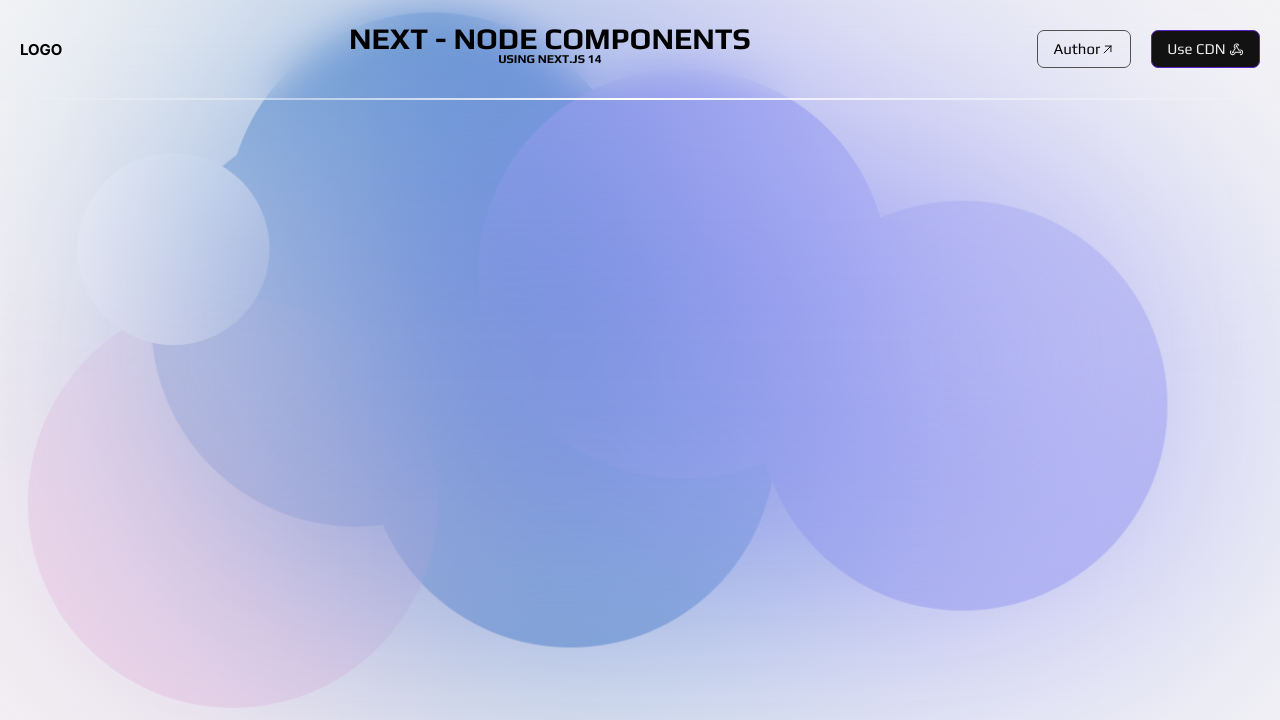
Repository: keval-gohil/komponents
Page: /
An editor plug-in stored every save of this project. The page is shown before and after the next save, followed by the edit.
The browser window is 1280 px wide. The pictures show the whole page.
Some web fonts or font styles are not loaded; a fallback is used. The project was rebuilt for these pictures with package versions that can differ from the ones it lists, and the page was loaded fresh each time. The framework's server and built-in components were replaced by stand-ins that run in the browser. Also part of the build but not shown: next.config.mjs.

Above is the page before, as saved 2024-03-07 13:08:24.

### app/layout.js
import { Inter } from "next/font/google";
import "./globals.css";

const inter = Inter({ subsets: ["latin"] });

export const metadata = {
  title: "Komponents | Next-Node",
  description: "Generated by create next app",
};

export default function RootLayout({ children }) {
  return (
    <html lang="en" suppressHydrationWarning={true}>
      <body className={inter.className}>{children}</body>
    </html>
  );
}

### app/page.js
import Background from '@/components/reuse/background'
import Header from '@/components/reuse/header'
import React from 'react'

const page = () => {
  return (
    <>
      <Background />
      <Header />
    </>
  )
}

export default page

### app/globals.css

*,
*:before,
*:after {
	padding: 0;
	margin: 0;
	box-sizing: border-box;
	-webkit-tap-highlight-color: transparent;
}

html {
	scroll-behavior: smooth;
	font-size: 10px;
}

body {
	width: 100%;
	height: 100%;
	overflow-x: hidden;
	background-color: whitesmoke;
}

.bouncing-blob {
	width: 32vw;
	aspect-ratio: 1;
	border-radius: 50%;
	will-change: transform;
	position: absolute;
	z-index: 1;
	top: 0;
	left: 0;
	transform-origin: left top;
  }

  .bouncing-blob--blue {
	background: #4783c7;
  }

  .bouncing-blob--white {
	background: #ffffff;
	z-index: 2;
	width: 15vw;
  }

  .bouncing-blob--purple {
	background: #8c8ff1;
  }

  .bouncing-blob--pink {
	background: #e289cd50;
  }

  .bouncing-blobs-container {
	position: fixed;
	z-index: -1;
	top: 0;
	left: 0;
	width: 100%;
	height: 100%;
  }

  .bouncing-blobs-glass {
	position: absolute;
	z-index: 2;
	top: 0;
	left: 0;
	width: 100%;
	height: 100%;
	backdrop-filter: blur(140px);
	-webkit-backdrop-filter: blur(140px);
	pointer-events: none;
  }

  .bouncing-blobs {
	position: absolute;
	z-index: 1;
	top: 0;
	left: 0;
	width: 100%;
	height: 100%;
  }

  .main-content {
	display: flex;
	flex-direction: column;
	justify-content: center;
	align-items: center;
	width: 100%;
  }




  @media (max-width: 1200px) {
	.bouncing-blobs-glass {
	  backdrop-filter: blur(120px);
	  -webkit-backdrop-filter: blur(120px);
	}
  }

  @media (max-width: 500px) {
	.bouncing-blob {
	  width: 60vw;
	}
	.bouncing-blob--white {
	  width: 30vw;
	}
	.bouncing-blobs-glass {
	  backdrop-filter: blur(90px);
	  -webkit-backdrop-filter: blur(90px);
	}

  }

### components/reuse/background.js
'use client'
import React, { useEffect } from 'react';

const MIN_SPEED = 1.5;
const MAX_SPEED = 2.5;

function randomNumber(min, max) {
  return Math.random() * (max - min) + min;
}

class Blob {
  constructor(el) {
    this.el = el;
    const boundingRect = this.el.getBoundingClientRect();
    this.size = boundingRect.width;
    this.initialX = randomNumber(0, window.innerWidth - this.size);
    this.initialY = randomNumber(0, window.innerHeight - this.size);
    this.el.style.top = `${this.initialY}px`;
    this.el.style.left = `${this.initialX}px`;
    this.vx =
      randomNumber(MIN_SPEED, MAX_SPEED) * (Math.random() > 0.5 ? 1 : -1);
    this.vy =
      randomNumber(MIN_SPEED, MAX_SPEED) * (Math.random() > 0.5 ? 1 : -1);
    this.x = this.initialX;
    this.y = this.initialY;
  }

  update() {
    this.x += this.vx;
    this.y += this.vy;
    if (this.x >= window.innerWidth - this.size) {
      this.x = window.innerWidth - this.size;
      this.vx *= -1;
    }
    if (this.y >= window.innerHeight - this.size) {
      this.y = window.innerHeight - this.size;
      this.vy *= -1;
    }
    if (this.x <= 0) {
      this.x = 0;
      this.vx *= -1;
    }
    if (this.y <= 0) {
      this.y = 0;
      this.vy *= -1;
    }
  }

  move() {
    this.el.style.transform = `translate(${this.x - this.initialX}px, ${
      this.y - this.initialY
    }px)`;
  }
}

function Background() {
  useEffect(() => {
    const blobEls = document.querySelectorAll('.bouncing-blob');
    const blobs = Array.from(blobEls).map((blobEl) => new Blob(blobEl));

    function update() {
      requestAnimationFrame(update);
      blobs.forEach((blob) => {
        blob.update();
        blob.move();
      });
    }

    requestAnimationFrame(update);

    return () => cancelAnimationFrame(update);
  }, []);

  return (
    <div className="bouncing-blobs-container">
      <div className="bouncing-blobs-glass"></div>
      <div className="bouncing-blobs">
        <div className="bouncing-blob bouncing-blob--blue"></div>
        <div className="bouncing-blob bouncing-blob--blue"></div>
        <div className="bouncing-blob bouncing-blob--blue"></div>
        <div className="bouncing-blob bouncing-blob--white"></div>
        <div className="bouncing-blob bouncing-blob--purple"></div>
        <div className="bouncing-blob bouncing-blob--purple"></div>
        <div className="bouncing-blob bouncing-blob--pink"></div>
      </div>
    </div>
  );
}

export default Background;

### components/reuse/header.js
import React from 'react'
import Style from '@/components/reuse/styles/style.css'

const Header = () => {
  return (
    <>
        <nav>
            <h1>LOGO</h1>
            <h2>Next - Node Components<span>using Next.js 14</span></h2>
            <div>
              <button>Author <i className='mynaui--arrow-up-right'></i></button>
              <button>Use CDN&nbsp;<i className='ph--webhooks-logo'></i></button>
            </div>
        </nav>
    </>
  )
}

export default Header

### components/reuse/styles/style.css

@import url('https://fonts.googleapis.com/css2?family=Anta&family=Play:wght@400;700&display=swap');


nav{
    display: flex;
    justify-content: space-between;
    align-items: center;
    background: transparent;
    backdrop-filter: blur(20px);
    height: 10rem;
    border-bottom: 0.2rem solid transparent;
    border-image: linear-gradient(0.25turn, rgba(56,2,155,0), #fff, rgba(56,2,155,0));
    border-image-slice: 1;
    padding: 0 2rem;
}

nav h2{
    display: flex;
    flex-direction: column;
    text-align: center;
    font-family: "Play", sans-serif;
    font-weight: 800;
    text-transform: uppercase;
    line-height: 2rem;
    font-size: 3rem;
}
nav h2 span{
    font-size: 1.2rem;
    margin: 0;
    padding: 0;
}

nav div{
    display: flex;
    gap: 2rem;
}
nav div button{
    display: flex;
    align-items: end;
    font-size: 1.5rem;
    padding: 0.9rem 1.5rem;
    padding-bottom: 1rem;
    border: 0.1rem solid #525252;
    border-radius: 0.7rem;
    background: transparent;
    cursor: pointer;
    font-family: "Play", sans-serif;
}
nav div button .mynaui--arrow-up-right {
    display: inline-block;
    width: 1em;
    height: 1em;
    --svg: url("data:[embedded picture, 231 characters]");
    background-color: currentColor;
    -webkit-mask-image: var(--svg);
    mask-image: var(--svg);
    -webkit-mask-repeat: no-repeat;
    mask-repeat: no-repeat;
    -webkit-mask-size: 100% 100%;
    mask-size: 100% 100%;
}
nav div button .ph--webhooks-logo {
    display: inline-block;
    width: 1em;
    height: 1em;
    --svg: url("data:[embedded picture, 574 characters]");
    background-color: currentColor;
    -webkit-mask-image: var(--svg);
    mask-image: var(--svg);
    -webkit-mask-repeat: no-repeat;
    mask-repeat: no-repeat;
    -webkit-mask-size: 100% 100%;
    mask-size: 100% 100%;
}

nav div button:nth-child(2){
    background: #121212;
    border-color: #5924c7;
    color: #f0f0f0;
}

After the next save:
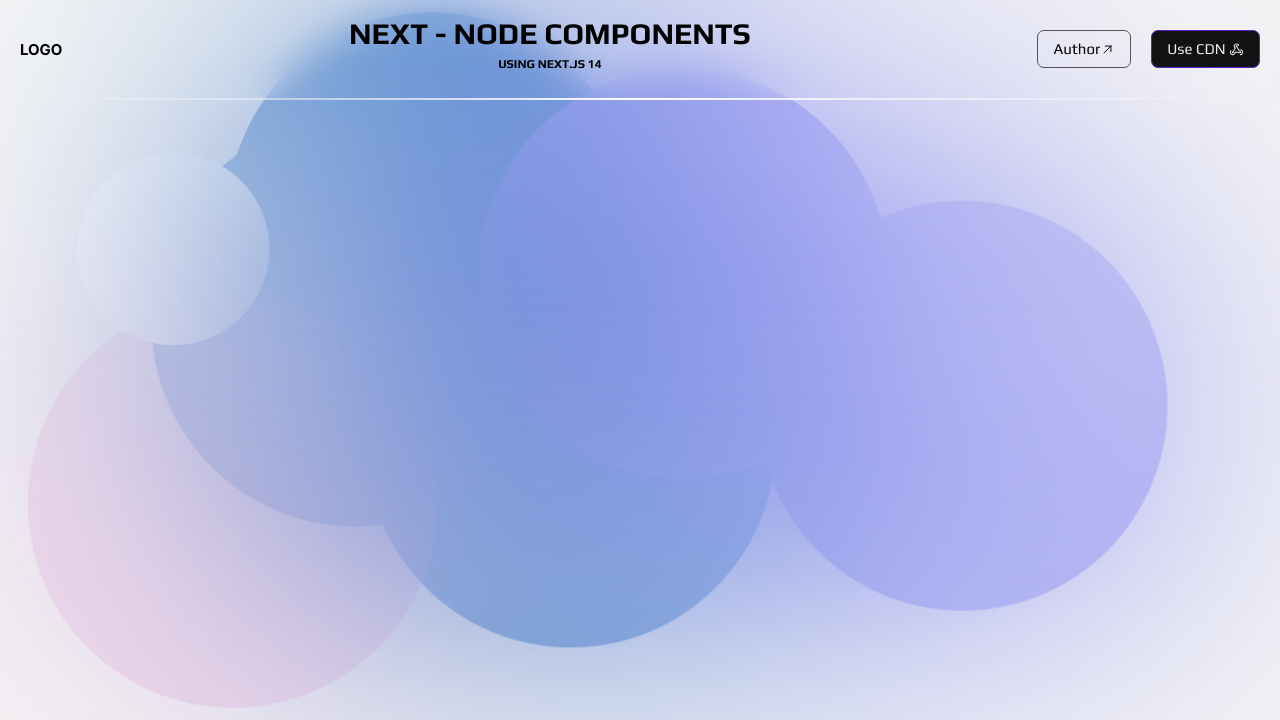
Saved 7 s later.
--- a/components/reuse/styles/style.css
+++ b/components/reuse/styles/style.css
@@ -22,7 +22,7 @@
     font-family: "Play", sans-serif;
     font-weight: 800;
     text-transform: uppercase;
-    line-height: 2rem;
+    line-height: 3rem;
     font-size: 3rem;
 }
 nav h2 span{
